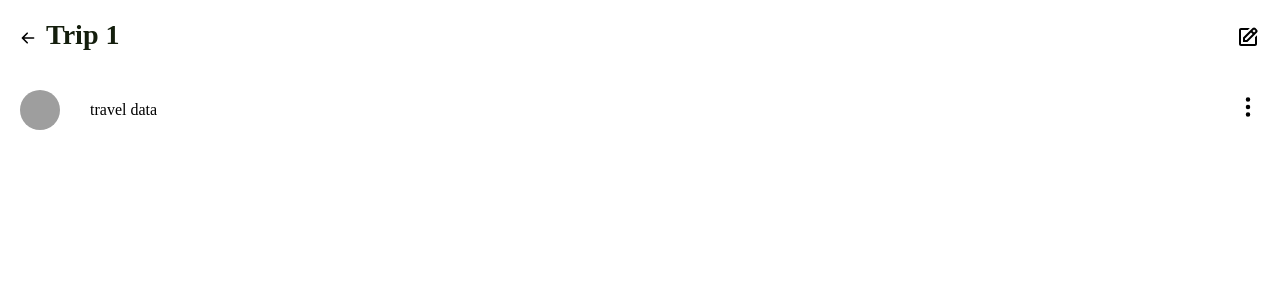
Repository: Abhi2359/PWA_Corider
Page: /
The author's editor kept a copy of each file at every save. The page is drawn from the files as they stood at one save, then again after a run of saves.
The browser window is 1280 px wide. The pictures show the whole page.
Pictures or frames that could not be fetched are drawn as grey boxes. The page's requests for data from a server got no answer. The project was rebuilt for these pictures with package versions that can differ from the ones it lists, and the page was loaded fresh each time. No one was signed in, and anything a server would have sent is missing. Also part of the build but not shown: vite.config.js.

Above is the page before, as saved 2023-05-13 02:31:12.

### src/App.jsx
import { useEffect, useState } from 'react';
import './App.css'
import { fetchData } from './api/fetchData'
import Header from './Header';

function App() {
  const [data, setData] = useState([]);
  const [isLoading, setIsLoading] = useState(false);
  const [error, setError] = useState(null);

  useEffect(() => {
    const fetchDataFromApi = async () => {
      setIsLoading(true);

      try {
        const apiData = await fetchData();
        setData(apiData);
      } catch (error) {
        setError(error.message);
      }

      setIsLoading(false);
    };

    fetchDataFromApi();
  }, []);



  return (
    <>
    <div>
    <Header/>
    </div>
    </>
  )
}

export default App

### src/App.css
*{
    margin: 0;
    padding: 0;
    box-sizing: border-box;
}

/* Header css */
.trip{
    display: flex;
    align-items: center;
    justify-content: space-between;
    margin: 10px;
    padding: 10px;
}
.icon {
    margin-right: 10px;
  }

  .trip_no {
    margin-right: auto;
    margin-bottom: 10px;
    width: 275px;
height: 30px;

font-family: 'Mulish';
font-style: normal;
font-weight: 700;
font-size: 24px;
line-height: 30px;

color: #141E0D;
  }

  .edit_icon {
    margin-left: 10px;
   font-size: 24px;
  }


  .trip_details{
    display: flex;
    align-items: center;
    justify-content: space-between;
    margin: 10px;
    padding: 10px;
}

.user_icon {
    width: 40px;
    height: 40px;
    border-radius: 50%;
    overflow: hidden;
    margin-right: 30px;
  }

  .user_icon img {
    width: 100%;
    height: 100%;
    object-fit: cover;
  }


.travel_data{
    margin-right: auto;
}

.dot_icon{
    margin-left: 10px;
    font-size: 24px;
}

### src/api/fetchData.js
import axios from "axios";

const API_URL = "http://3.111.128.67/assignment/chat";

export const fetchData = async (page) => {
    try {
      const response = await axios.get(API_URL, {
        params: { page },
      });
      return response.data;
    } catch (error) {
      throw new Error('Error while fetching data');
    }
  };

### src/Header.jsx
import React from 'react'
import {HiArrowLeft} from "react-icons/hi"
import {BiEdit} from "react-icons/bi"
import {BsThreeDotsVertical} from "react-icons/bs"
import  styles from"./App.css"
const Header = () => {
  return (

    <>
    <div className="header">
        <div className="trip">
           <div className="icon"><HiArrowLeft/></div>
           <div className="trip_no"><h3>Trip 1</h3></div>
           <div className="edit_icon"><BiEdit/></div>
        </div>
        <div className="trip_details">
            <div className="user_icon" >
                <img src="https://fastly.picsum.photos/id/1072/160/160.jpg?hmac=IDpbpA5neYzFjtkdFmBDKXwgr-907ewXLa9lLk9JuA8" alt="" />
            </div>
            <div className="travel_data">travel data</div>
            <div className="dot_icon"><BsThreeDotsVertical/></div>
        </div>

    </div>
    </>
  )
}

export default Header

Loaded but not shown: index.html (common file); src/main.jsx (common file)

After the next 2 saves:
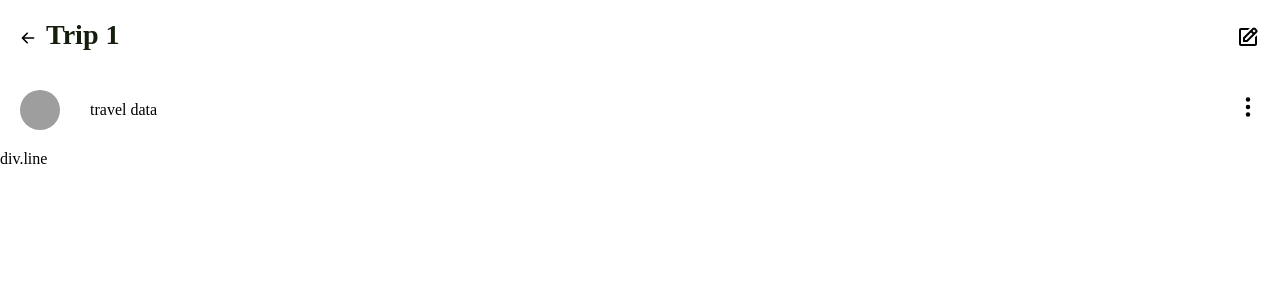
The 2 saves are shown as one change because they came seconds apart.
The last was saved 7 s later.
--- a/src/Header.jsx
+++ b/src/Header.jsx
@@ -20,7 +20,7 @@
             <div className="travel_data">travel data</div>
             <div className="dot_icon"><BsThreeDotsVertical/></div>
         </div>
-
+        div.line
     </div>
     </>
   )

After the save that followed:
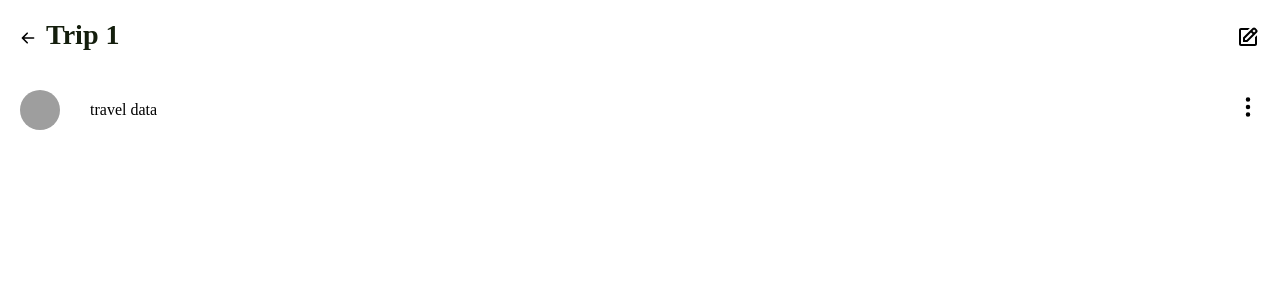
Saved 5 s later.
--- a/src/Header.jsx
+++ b/src/Header.jsx
@@ -20,7 +20,7 @@
             <div className="travel_data">travel data</div>
             <div className="dot_icon"><BsThreeDotsVertical/></div>
         </div>
-        div.line
+        <div className="line"></div>
     </div>
     </>
   )
